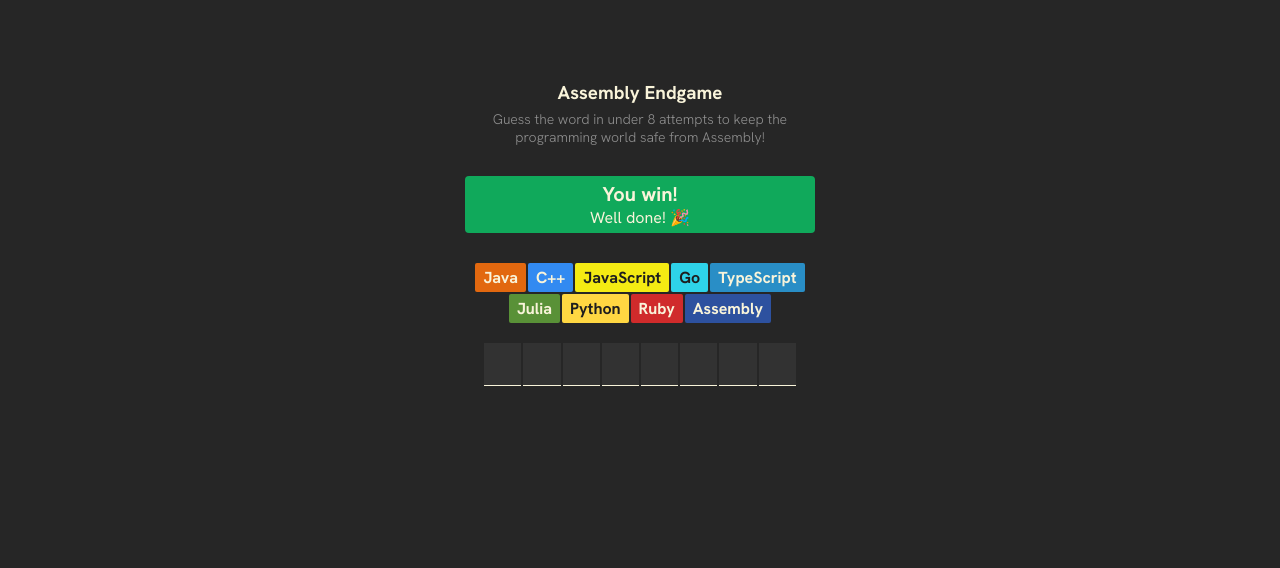
Repository: AchrafAzzaoui/AssemblyEndgame
Page: / (app in assembly-endgame/)
An editor plug-in stored every save of this project. The page is shown before and after the next save, followed by the edit.
The browser window is 1280 px wide. The pictures show the whole page.
The project was rebuilt for these pictures with package versions that can differ from the ones it lists, and the page was loaded fresh each time. Also part of the build but not shown: assembly-endgame/vite.config.js.

Above is the page before, as saved 2024-12-25 15:16:20.

After the next save:
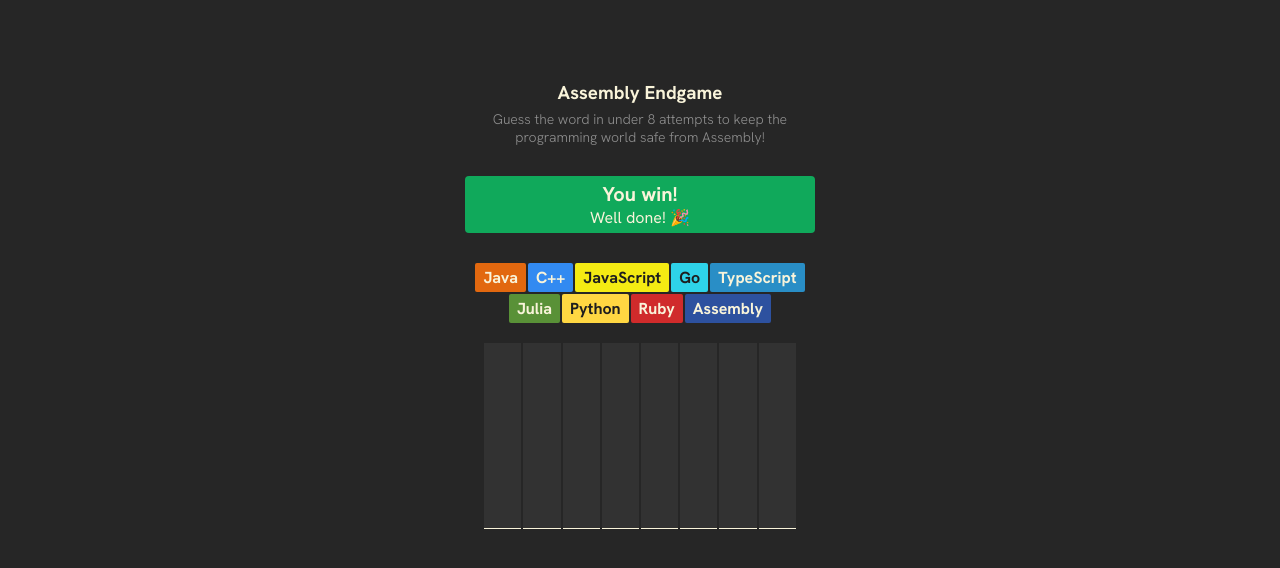
Saved 12 s later.
--- a/assembly-endgame/src/index.css
+++ b/assembly-endgame/src/index.css
@@ -95,5 +95,5 @@
   min-width: 2rem;
   text-align: center;
   font-size: 1.25rem;
-  aspect-ratio: 1/1;
+  aspect-ratio: 1/5;
 }

After the save that followed:
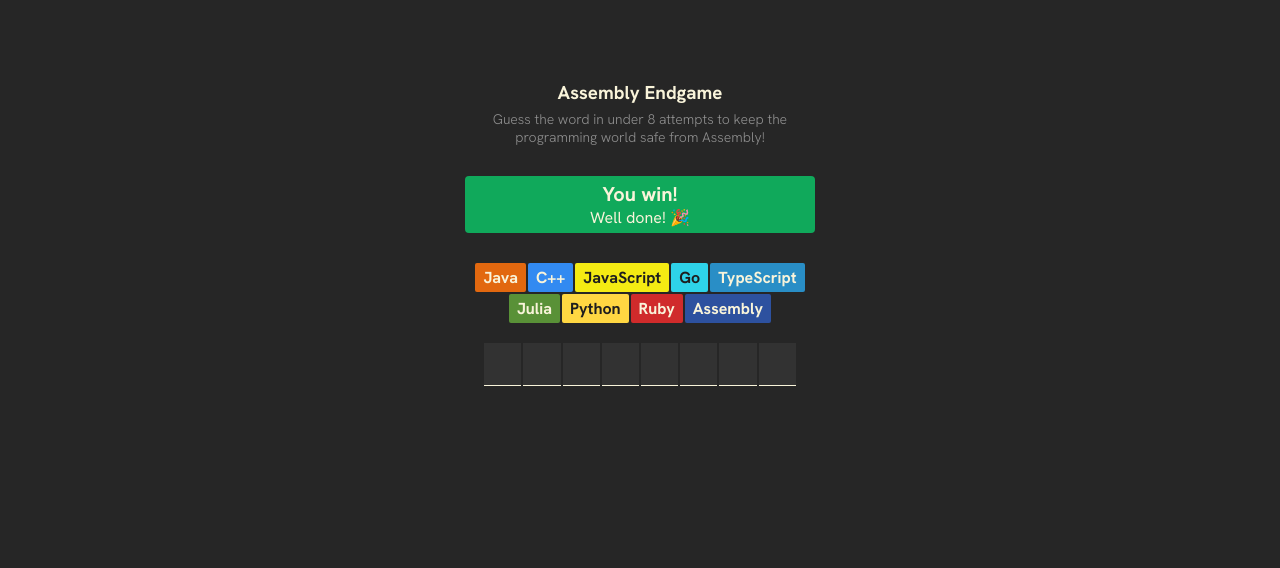
Saved 5 s later.
--- a/assembly-endgame/src/index.css
+++ b/assembly-endgame/src/index.css
@@ -95,5 +95,5 @@
   min-width: 2rem;
   text-align: center;
   font-size: 1.25rem;
-  aspect-ratio: 1/5;
+  aspect-ratio: 1/-0.5;
 }
